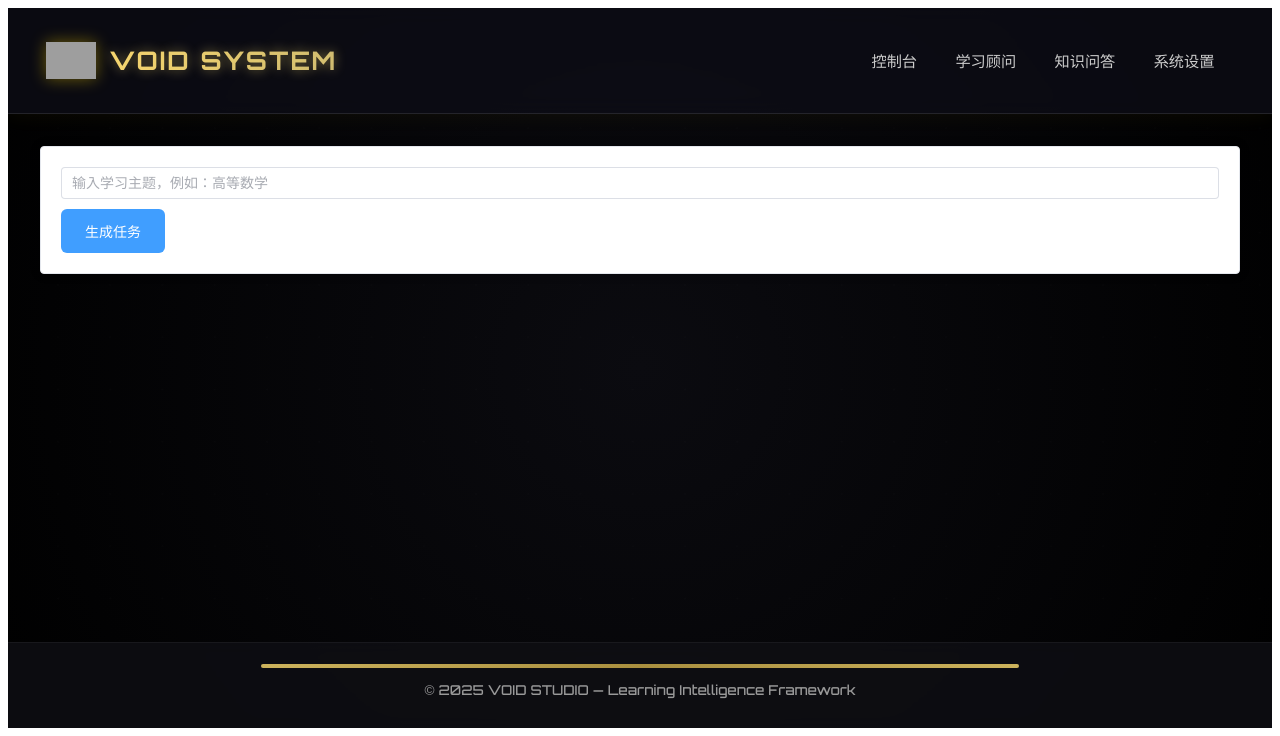
Repository: Void-Creator-Deity/Void-System
Page: /settings (app in void-system-frontend/)
These files come from the project's save history. The page is drawn as it stood at one moment and after the next save; the edit follows.
The browser window is 1280 px wide. The pictures show the whole page.
Pictures or frames that could not be fetched are drawn as grey boxes. The project was rebuilt for these pictures with package versions that can differ from the ones it lists, and the page was loaded fresh each time. Also part of the build but not shown: void-system-frontend/vite.config.js, void-system-frontend/src/api/index.js, void-system-frontend/src/api/ai.js, void-system-frontend/src/pages/AIConsole.vue, void-system-frontend/src/pages/Advisor.vue, void-system-frontend/src/pages/QA.vue.

Above is the page before, as saved 2025-11-16 18:53:00.

After the next save:
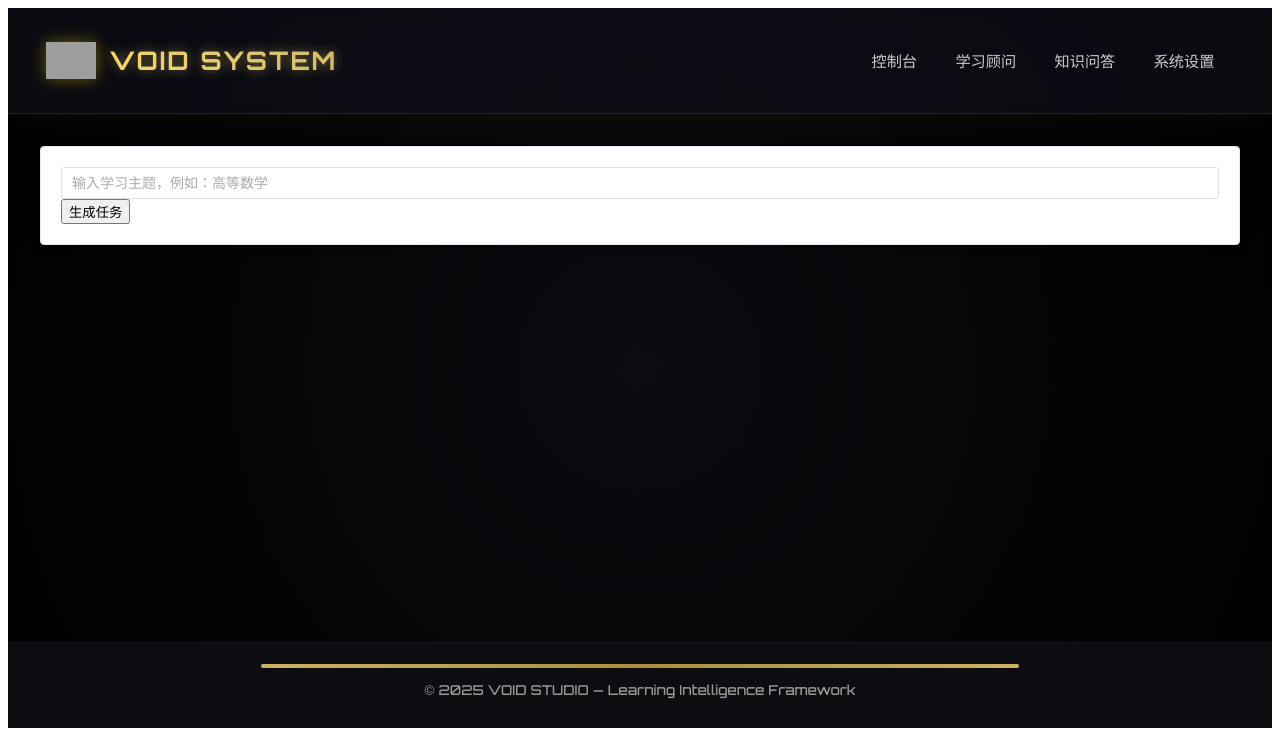
Saved 19 s later.
--- a/void-system-frontend/src/pages/Settings.vue
+++ b/void-system-frontend/src/pages/Settings.vue
@@ -62,15 +62,5 @@ async function generate(event) {
 /* 波纹效果样式 */
 .ripple-button {
   position: relative;
-  overflow: hidden;
-  background: #409EFF;
-  color: white;
-  border: none;
-  padding: 12px 24px;
-  border-radius: 6px;
-  cursor: pointer;
-  font-size: 14px;
-  transition: background 0.3s;
-  margin-top: 10px;
 }
 </style>
